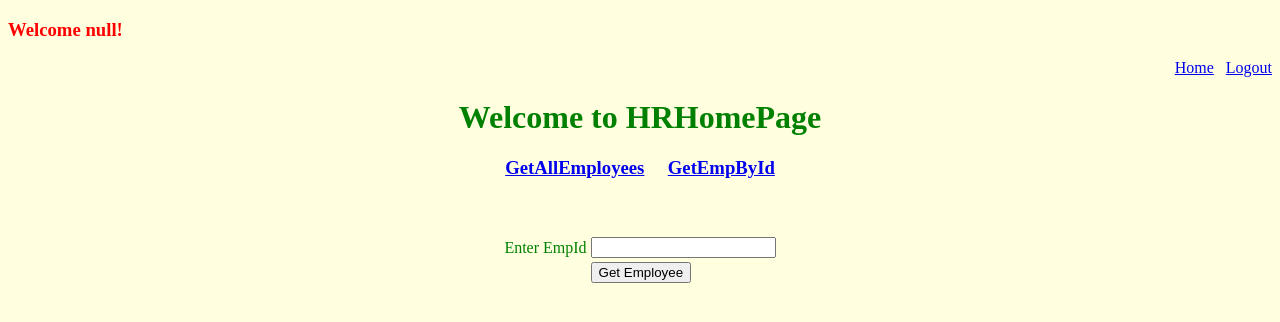
Repository: rajeshyadav3/Advjava
Page: http://localhost/EmpWebApp/GetEmpById.jsp
The author's editor kept a copy of each file at every save. The page is drawn from the files as they stood at one save, then again after the next save.
The browser window is 1280 px wide. The pictures show the whole page.
The page is served by Tomcat 9.

Above is the page before, as saved 2024-01-09 10:44:47.

After the next save:
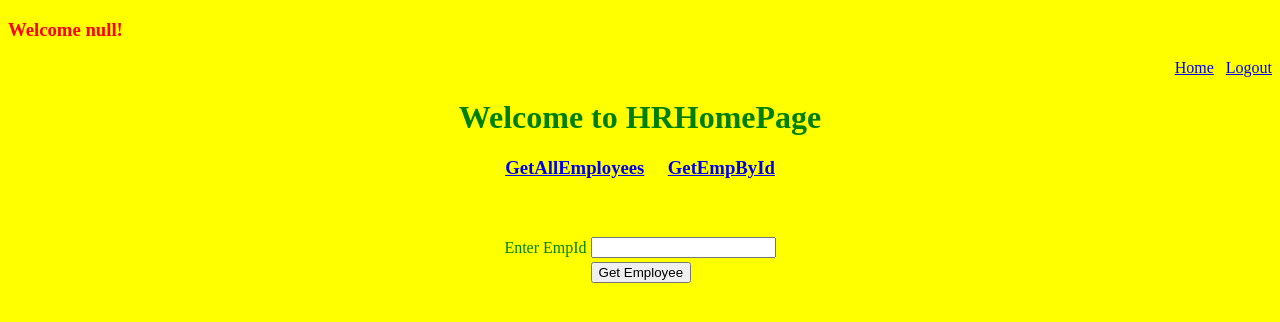
Saved 63 s later.
--- a/workspace2/EmpWebApp/WebContent/HRHomePage.jsp
+++ b/workspace2/EmpWebApp/WebContent/HRHomePage.jsp
@@ -6,7 +6,7 @@
 <meta http-equiv="Content-Type" content="text/html; charset=ISO-8859-1">
 <title>Insert title here</title>
 </head>
-<body bgcolor='lightyellow' text='green'>
+<body bgcolor='yellow' text='green'>
 
 		<% String emailId = (String) session.getAttribute("emailId"); %>
 
